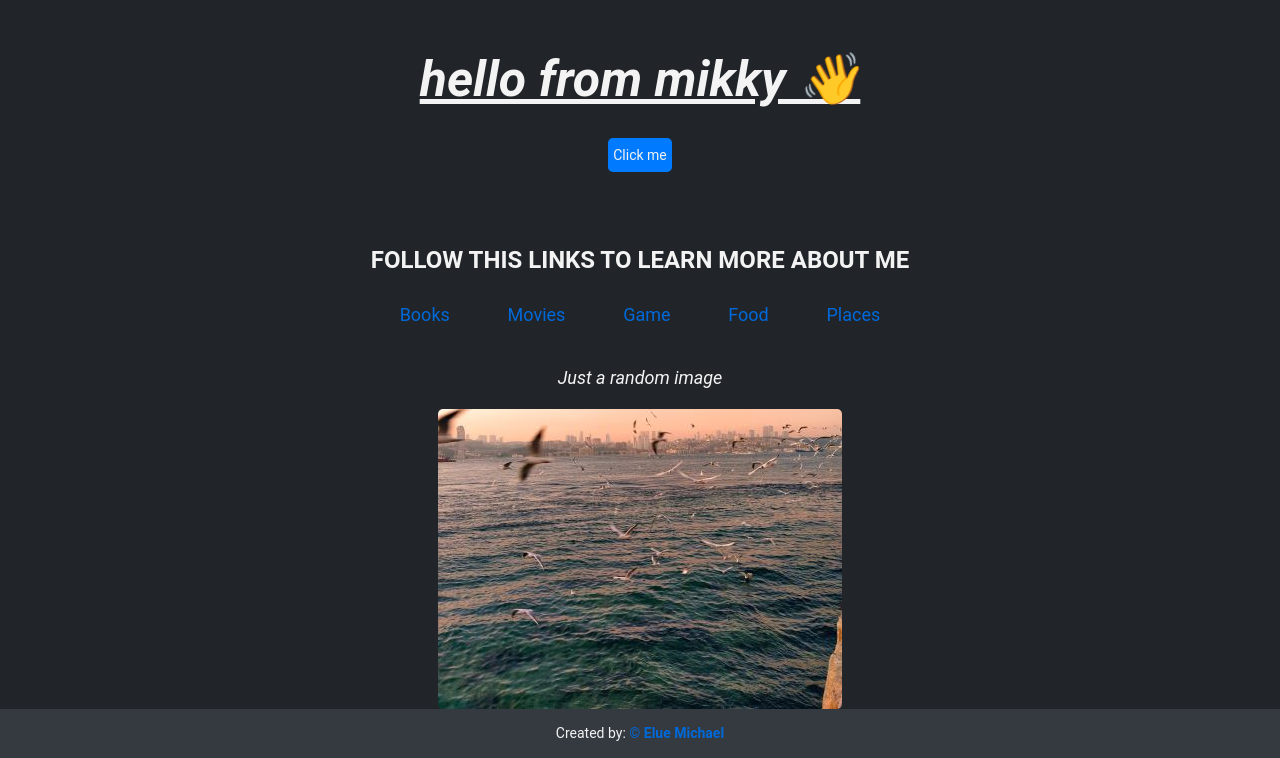
Repository: MikkyPrestige/html-website
Page: index.html
These files come from the project's save history. The page is drawn as it stood at one moment and after the next save; the edit follows.
The browser window is 1280 px wide. The pictures show the whole page.

Above is the page before, as saved 2023-04-29 14:59:39.

After the next save:
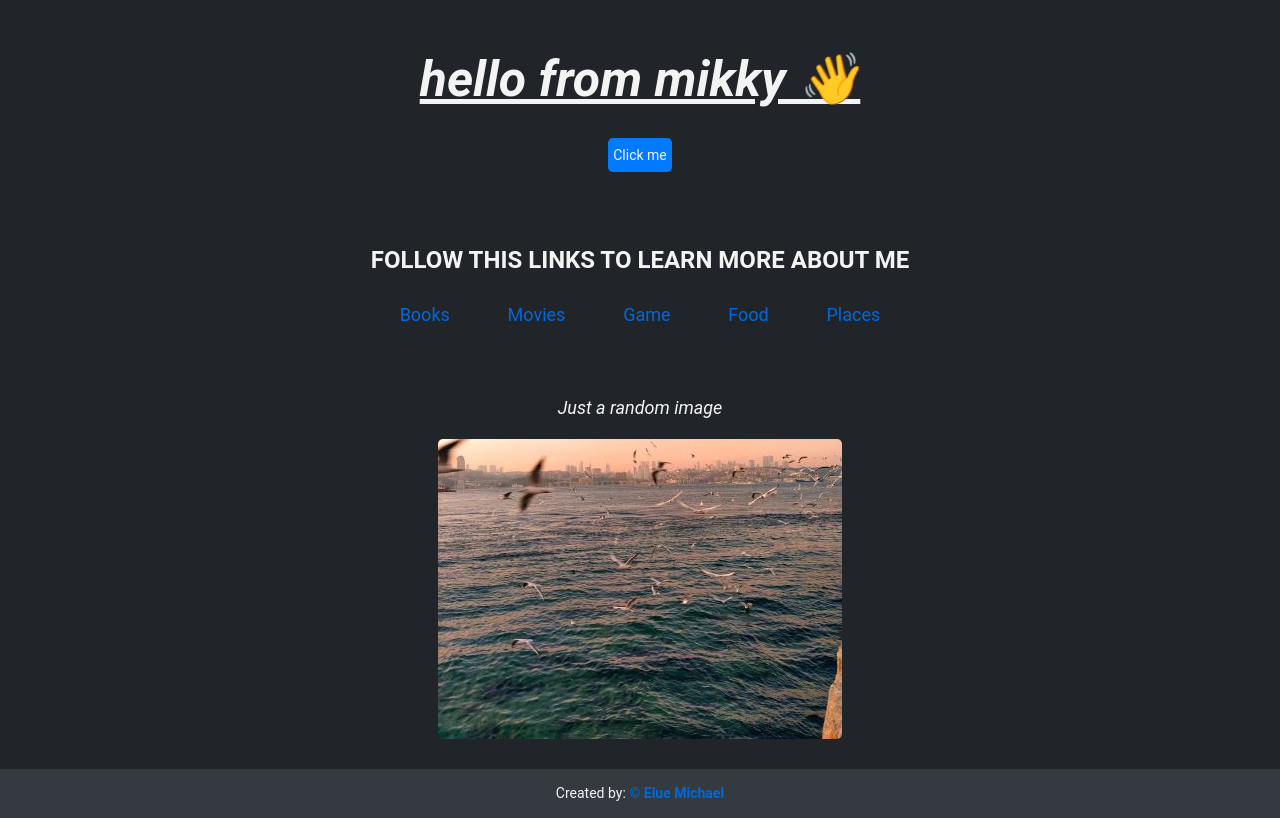
Saved 5 s later.
--- a/index.css
+++ b/index.css
@@ -54,7 +54,7 @@
   flex-direction: column;
   justify-content: center;
   align-items: center;
-  /* margin: 30px 0; */
+  margin: 30px 0;
 }
 
 .img-text {
